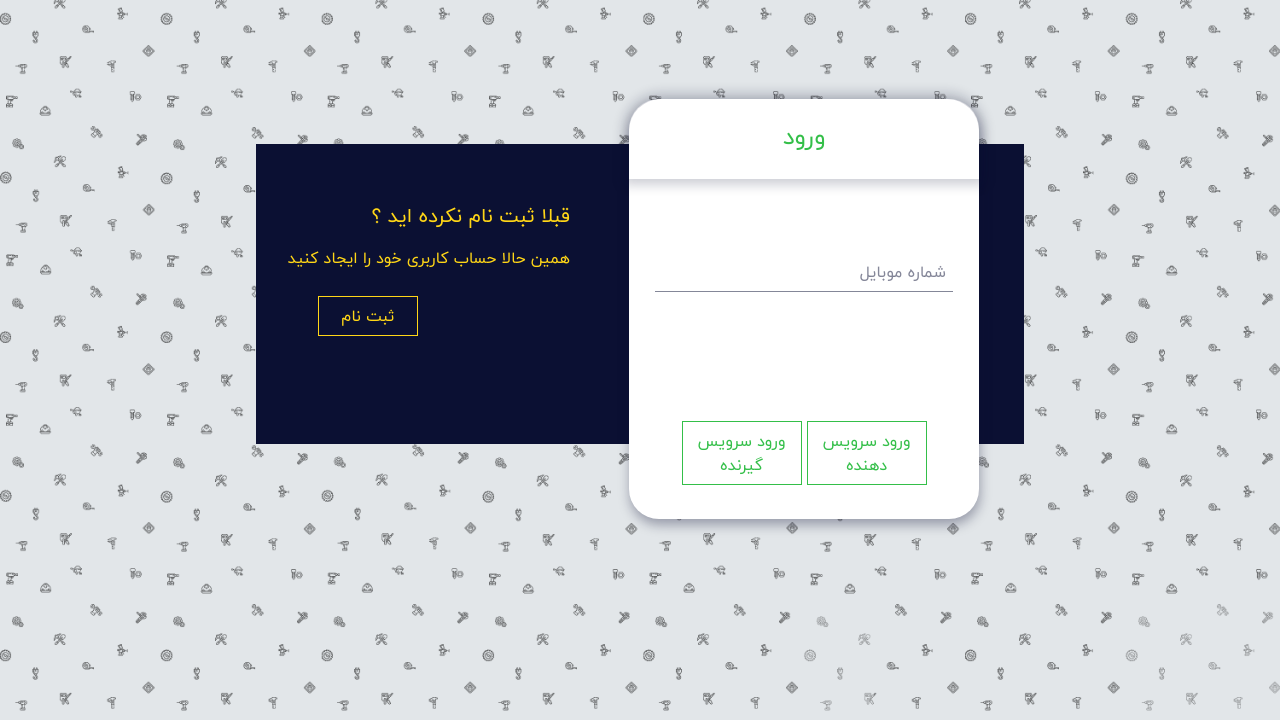
Repository: nightwolf-041/pisheyar-panel-user
Page: /login
An editor plug-in stored every save of this project. The page is shown before and after the next save, followed by the edit.
The browser window is 1280 px wide. The pictures show the whole page.
The page's requests for data from a server got no answer. The project was rebuilt for these pictures with package versions that can differ from the ones it lists, and the page was loaded fresh each time. No one was signed in, and anything a server would have sent is missing. Also part of the build but not shown: src/components/login/RegisterBoxSteps.jsx.

Above is the page before, as saved 2020-05-20 11:49:37.

After the next save:
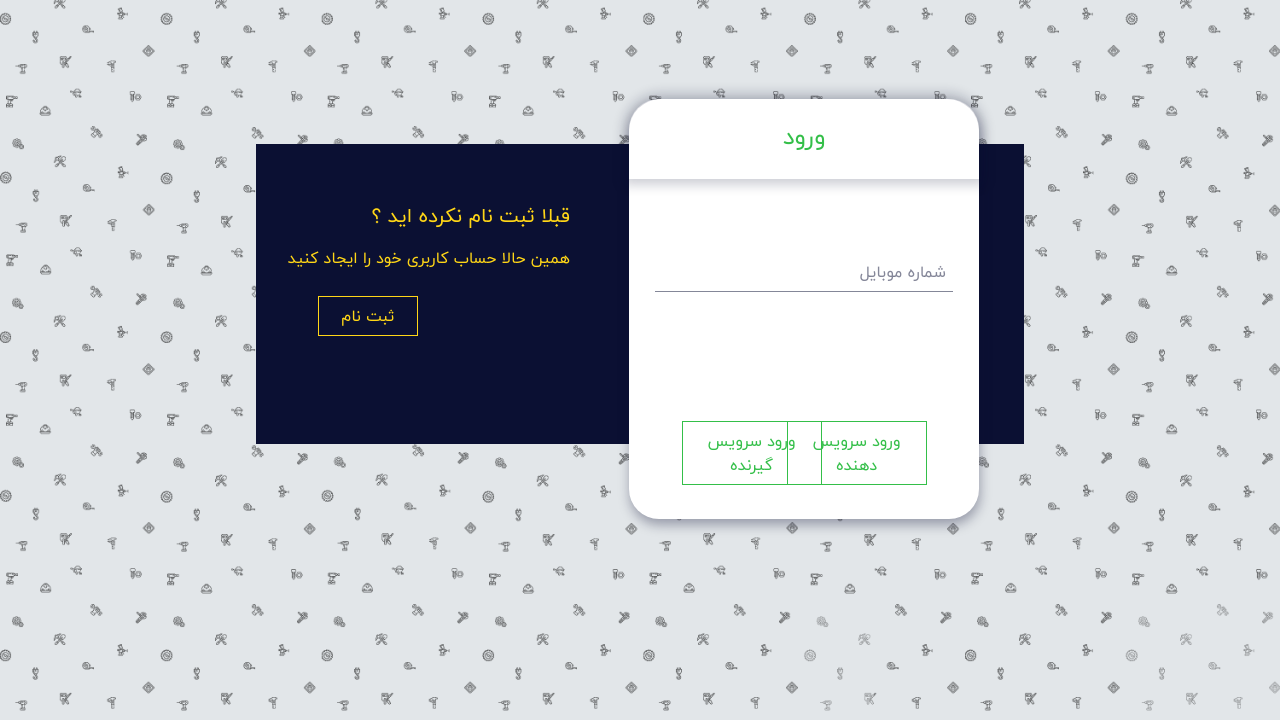
Saved 40 s later.
--- a/src/components/login/login.module.css
+++ b/src/components/login/login.module.css
@@ -245,7 +245,7 @@ button {
     top: 170%;
     right: 15%;
     padding: 7px 15px;
-    width: 120px;
+    width: 140px;
     background: none;
     outline: none;
     color: #34bf49;
@@ -257,7 +257,7 @@ button {
     top: 170%;
     left: 15%;
     padding: 7px 15px;
-    width: 120px;
+    width: 140px;
     background: none;
     outline: none;
     color: #34bf49;
